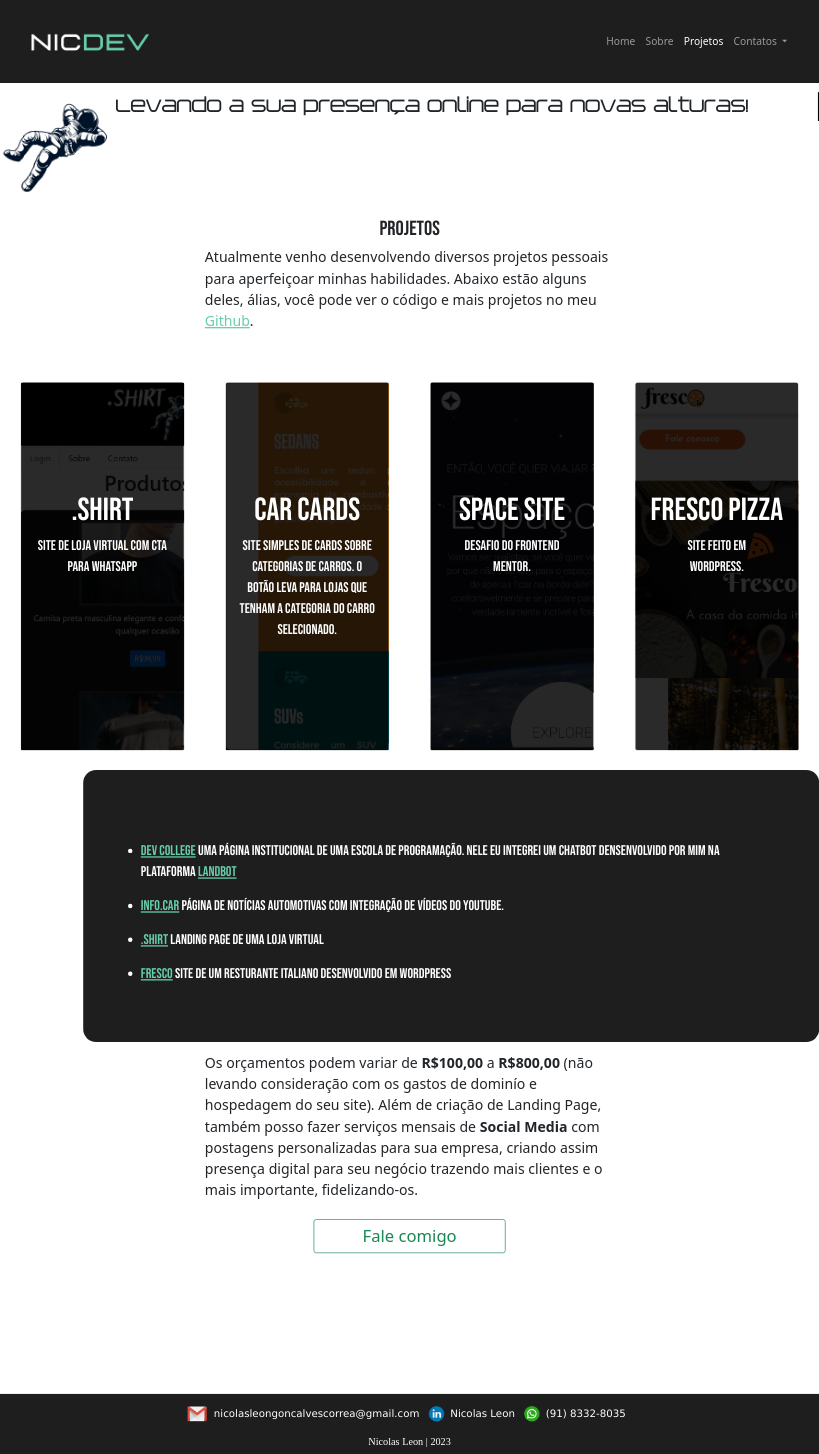
Repository: Leonngc/nicdev
Page: projects.html
These files come from the project's save history. The page is drawn as it stood at one moment and after a run of saves; the edit follows.
The browser window is 1280 px wide. The pictures show the whole page, at 64% of full size.

Above is the page before, as saved 2023-06-04 23:18:14.

After the next 2 saves:
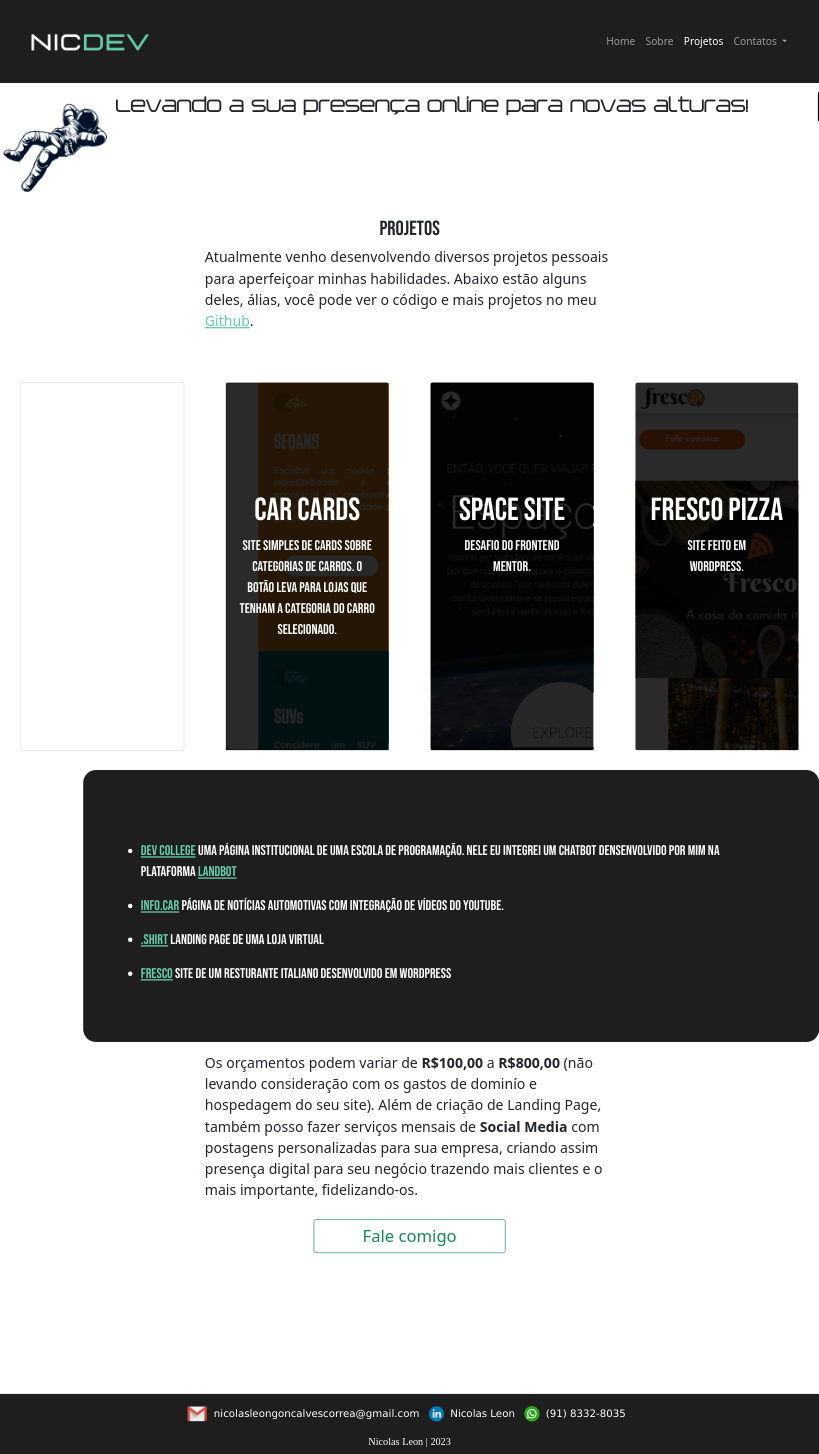
The 2 saves are shown as one change because they came seconds apart.
The last was saved 6 s later.
--- a/styles/projects.css
+++ b/styles/projects.css
@@ -110,6 +110,8 @@
   height: 80vh;
 }
 
+.card
+
 #card-0{
   background-image: url(../images/2023-06-04\ \(1\).png);
   background-repeat: no-repeat;

After the save that followed:
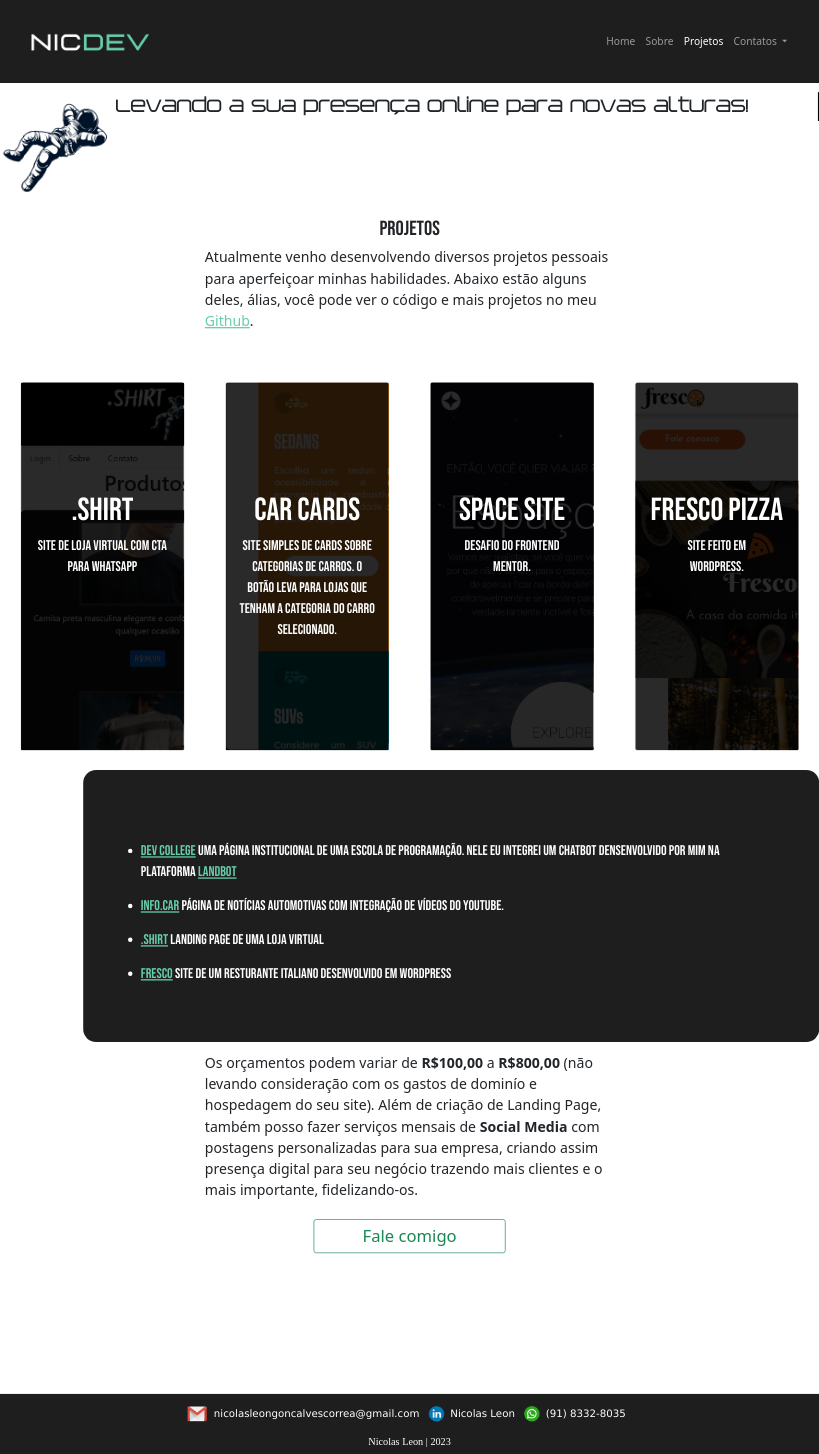
Saved 5 s later.
--- a/styles/projects.css
+++ b/styles/projects.css
@@ -110,7 +110,9 @@
   height: 80vh;
 }
 
-.card
+.card:hover{
+
+}
 
 #card-0{
   background-image: url(../images/2023-06-04\ \(1\).png);
